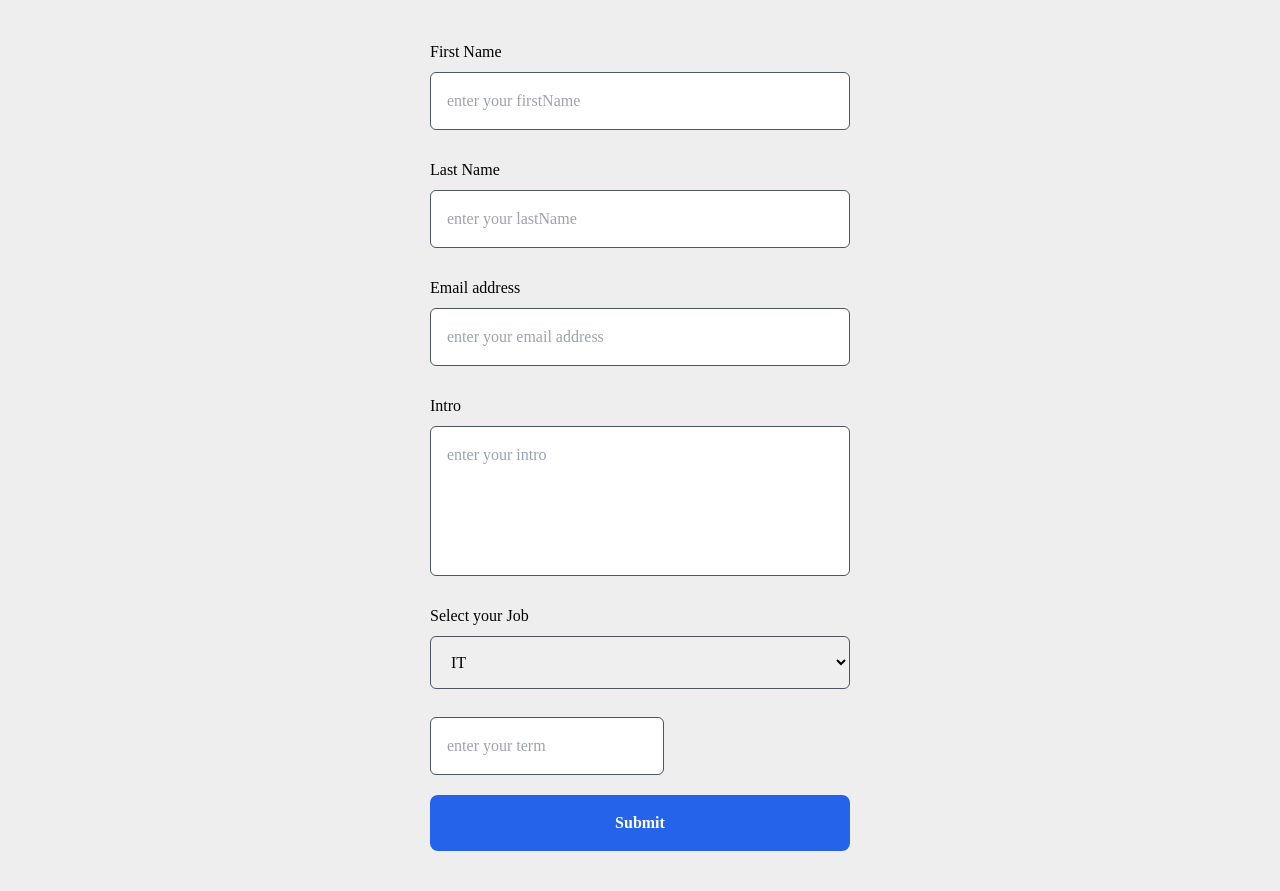
Repository: 16-Doffy/Fe-Khhoahoc
Page: /
The author's editor kept a copy of each file at every save. The page is drawn from the files as they stood at one save, then again after the next save.
The browser window is 1280 px wide. The pictures show the whole page.
The project was rebuilt for these pictures with package versions that can differ from the ones it lists, and the page was loaded fresh each time. Also part of the build but not shown: src/App.css.

Above is the page before, as saved 2025-02-11 20:16:23.

### src/index.js
import React from 'react';
import ReactDOM from 'react-dom/client';
import './index.css';
import App from './App';
import reportWebVitals from './reportWebVitals';
import "./index.scss"
const root = ReactDOM.createRoot(document.getElementById('root'));
root.render(
  <React.StrictMode>
    <App />
  </React.StrictMode>
);

// If you want to start measuring performance in your app, pass a function
// to log results (for example: reportWebVitals(console.log))
// or send to an analytics endpoint. Learn more: https://bit.ly/CRA-vitals
reportWebVitals();

### src/App.js
import "./App.css";
import SignUpFormV2Final from "./components/Form/SignUpFormV2Final";


function App() {
  return (
    <div>
      <SignUpFormV2Final />
    </div>
  );
}

export default App;

//<CardList><Card2/>
// const theme = {
//   //wanna change color in the future come here to change
//   colors: {
//     blue: "#2979ff",
//   },
//   orange: "#ffa440",
// };
// {/* <ThemeProvider theme={theme}>
// <CardList>
// <Card2 secondary={true}></Card2>
// <Card2 secondary={false}></Card2>
// <Card2 secondary={true}></Card2>
// <Card2 secondary={false}></Card2>
// <Card2 secondary={true}></Card2>
//  </CardList>
// </ThemeProvider> */}

### src/index.scss
@tailwind base;
@tailwind components;
@tailwind utilities;

@layer base {
    @import url("https://fonts.googleapis.com/css2?family=Poppins:ital,wght@0,100;0,200;0,300;0,400;0,500;0,600;0,700;0,800;0,900;1,100;1,200;1,300;1,400;1,500;1,600;1,700;1,800;1,900&display=swap");
    body{
        font-family: "Poppins", serif;
    }
}
.skeleton {
    background-color: #eee;
    background-image: linear-gradient(110deg, #ececec, 8%,#f5f5f5, 18% , #ececec, 33%);
    border-radius: 5px;
    background-size: 200% 100%;
    animation:  1.5 shine linear infinite;
}
@keyframes shine {
    to {
        background-position-x:-200% ;
    }
}

### src/components/Form/SignUpFormV2Final.js
import React from "react";
import { Formik, Form, Field, ErrorMessage } from "formik";
import * as Yup from "yup";

const SignUpFormV2Final = () => {
  return (
    <Formik
      initialValues={{
        firstName: "",
        lastName: "",
        email: "",
        intro: "",
        job: "",
        terms: false, //check box
      }}
      validationSchema={Yup.object({
        firstName: Yup.string()
          .max(20, "Must be 20 characters or less")
          .required("Required"),
        lastName: Yup.string()
          .max(10, "Must be 10 characters or less")
          .required("Required"),
        email: Yup.string().email("example: guest@gmail.com")
          .required("Required"),
        intro: Yup.string()
          .required("Required"),
        job: Yup.string()
          .required("Required"),
        term: Yup.boolean()

      })}
      onSubmit={(values) => {
        console.log("value", values);
      }}
    >
      <Form className="p-10 w-full max-w-[500px] mx-auto">
        <div className="flex flex-col gap-2 mb-5">
          <label htmlFor="firstName">First Name</label>
          <Field
            name="firstName"
            type="text"
            placeholder="enter your firstName"
            className="p-4 rounded-md border border-gray-600"
          ></Field>
          <div className="text-sm text-red-500">
            <ErrorMessage name="firstName"></ErrorMessage>
          </div>
        </div>

        <div className="flex flex-col gap-2 mb-5">
          <label htmlFor="lastName">Last Name</label>
          <Field
            name="lastName"
            type="text"
            placeholder="enter your lastName"
            className="p-4 rounded-md border border-gray-600"
          ></Field>
          <div className="text-sm text-red-500">
            <ErrorMessage name="lastName"></ErrorMessage>
          </div>
        </div>


        <div className="flex flex-col gap-2 mb-5">
          <label htmlFor="email">Email address</label>
          <Field
            name="email"
            type="email"
            placeholder="enter your email address"
            className="p-4 rounded-md border border-gray-600"
          ></Field>
          <div className="text-sm text-red-500">
            <ErrorMessage name="email"></ErrorMessage>
          </div>
        </div>

        <div className="flex flex-col gap-2 mb-5">
          <label htmlFor="intro">Intro</label>
          <Field
            name="intro"
            placeholder="enter your intro"
            className="p-4 rounded-md border border-gray-600 h-[150px] resize-none"
            as="textarea"
          ></Field>
          <div className="text-sm text-red-500">
            <ErrorMessage name="intro"></ErrorMessage>
          </div>
        </div>

        <div className="flex flex-col gap-2 mb-5">
          <label htmlFor="job">Select your Job</label>
          <Field
            name="job"
           type="checkbox"
            className="p-4 rounded-md border border-gray-600"
            as="select"
          >
            <option value="it">IT</option>
            <option value="doctor">Doctor</option>
            <option value="firehuman">Fire Human</option>
          </Field>
          <div className="text-sm text-red-500">
            <ErrorMessage name="job"></ErrorMessage>
          </div>
        </div>



        <div className="flex items-center gap-2 mb-5">
          <Field
            name="term"
            type="text"
            placeholder="enter your term"
            className="p-4 rounded-md border border-gray-600"
          ></Field>
          <div className="text-sm text-red-500">
            <ErrorMessage name="term"></ErrorMessage>
          </div>
        </div>

        <div>
          <button
            type="submit"
            className="w-full p-4 bg-blue-600 text-white font-semibold rounded-lg"
          >
            Submit
          </button>
        </div>
      </Form>
    </Formik>
  );
};

export default SignUpFormV2Final;

### tailwind.config.js
/** @type {import('tailwindcss').Config} */
module.exports = {
  mode: "jit",
  content: ["./src/**/*.{html,js}"],
  theme: {
    extend: {
      backgroundImage: {
        'radiant': `linear-gradient(0.25turn, #3f87a6, #ebf8e1, #f69d3c)`,
        'footer-texture': "url('/img/footer-texture.png')", // Sửa ở đây
        'secondary-radiant': `linear-gradient(#e66465, #9198e5)`,
      },
    },
  },
  plugins: [],
}

Loaded but not shown: public/index.html (common file); src/index.css (common file); src/reportWebVitals.js (common file)

After the next save:
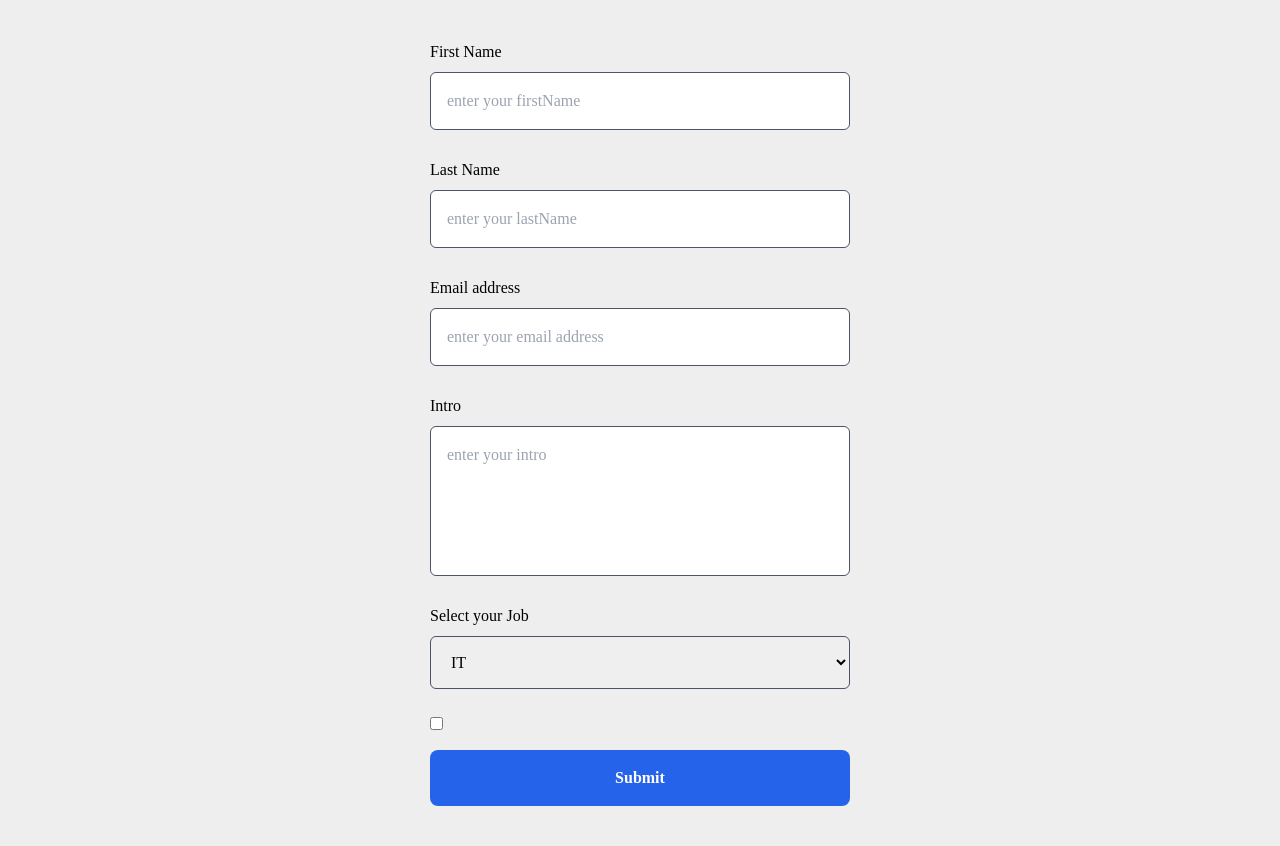
Saved 21 s later.
--- a/src/components/Form/SignUpFormV2Final.js
+++ b/src/components/Form/SignUpFormV2Final.js
@@ -91,7 +91,6 @@ const SignUpFormV2Final = () => {
           <label htmlFor="job">Select your Job</label>
           <Field
             name="job"
-           type="checkbox"
             className="p-4 rounded-md border border-gray-600"
             as="select"
           >
@@ -109,7 +108,7 @@ const SignUpFormV2Final = () => {
         <div className="flex items-center gap-2 mb-5">
           <Field
             name="term"
-            type="text"
+            type="checkbox"
             placeholder="enter your term"
             className="p-4 rounded-md border border-gray-600"
           ></Field>
